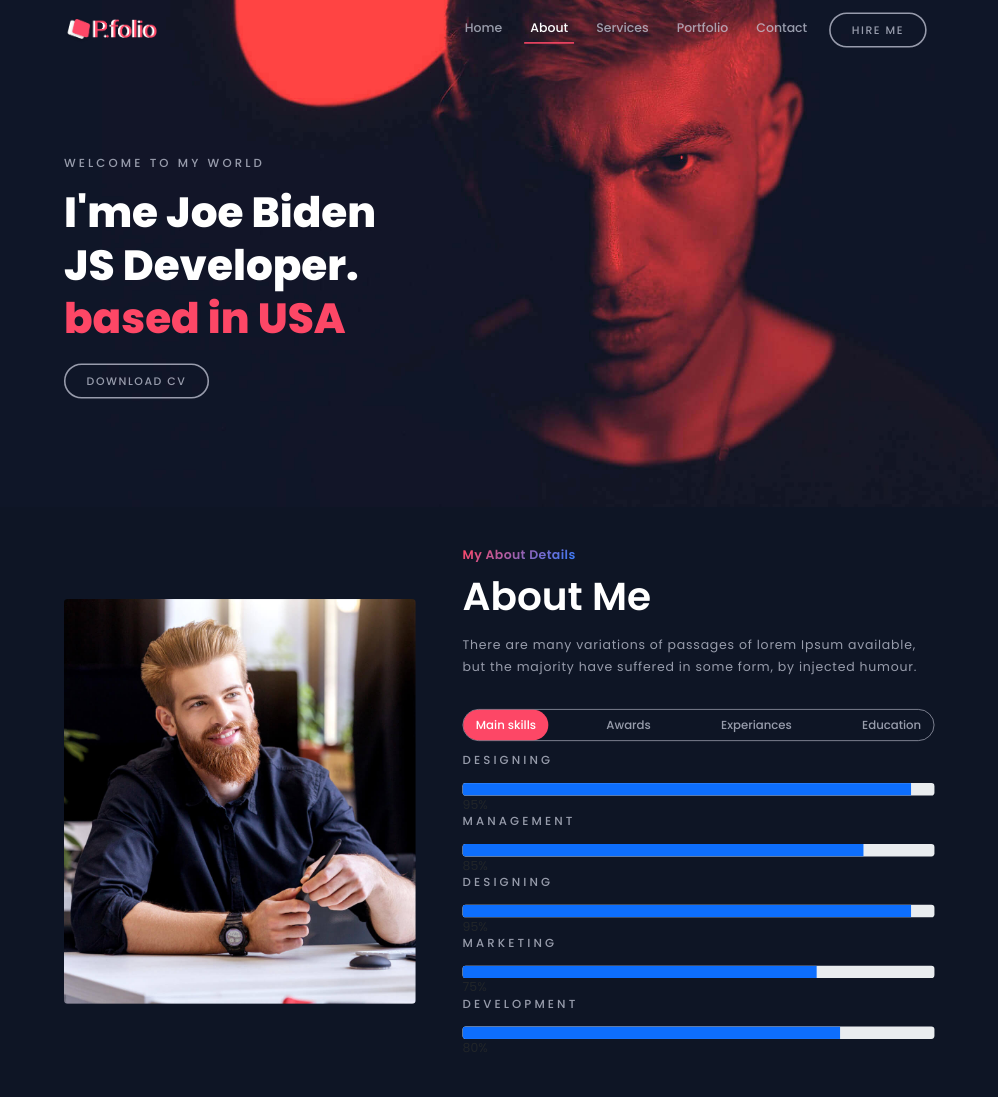
Repository: wadelfadill/Bootstrap_tache_3_responsive_portfolio
Page: index.html
An editor plug-in stored every save of this project. The page is shown before and after the next save, followed by the edit.
The browser window is 1280 px wide. The pictures show the whole page, at 78% of full size.
Backgrounds fixed to the window are drawn as part of the page. Some web libraries are served in a nearby version.

Above is the page before, as saved 2023-04-11 10:46:25.

### index.html
<!DOCTYPE html>
<html lang="en">
<head>
    <meta charset="UTF-8">
    <meta http-equiv="X-UA-Compatible" content="IE=edge">
    <meta name="viewport" content="width=device-width, initial-scale=1.0">
    <title>Bootstrap_Responsive_Portfolio</title>
    <!------ FAVICON ------->
    <link rel="icon" type="image/png" href="images/favicon.png">

    <!------------ Bootstrap link --------------->
    <link href="https://cdn.jsdelivr.net/npm/bootstrap@5.1.3/dist/css/bootstrap.min.css" rel="stylesheet" integrity="sha384-1BmE4kWBq78iYhFldvKuhfTAU6auU8tT94WrHftjDbrCEXSU1oBoqyl2QvZ6jIW3" crossorigin="anonymous">

    <!-------------- Font-awsome script  ------------->
    <script src="https://kit.fontawesome.com/8f130c8a35.js" crossorigin="anonymous"></script>

    <!------------ CSS files link  ------------->
    <link rel="stylesheet" href="css/style.css">
    <link rel="stylesheet" href="css/responsive-style.css">

    <!------------- Google-Font link ---------------->
    <link rel="stylesheet" href="https://fonts.googleapis.com/css2?family=Poppins%3Awght%40100%3B200%3B300%3B400%3B500%3B600%3B700%3B800%3B900&display=swap">
</head>
<body data-bs-spy="scroll" data-bs-target=".navbar" data-bs-offset="75">
    <!------------------------------------------------------>
        <!------------- Navbar Section ----------->
        <header class="header_wrapper">
            <nav class="navbar navbar-expand-lg fixed-top">
                <div class="container">
                  <a class="navbar-brand" href="#">
                    <img src="images/logo.png" alt="logo" class="img-fluid">
                  </a>
                  <button class="navbar-toggler" type="button" data-bs-toggle="collapse" data-bs-target="#navbarNav" aria-controls="navbarNav" aria-expanded="false" aria-label="Toggle navigation">
                    <i class="fa-solid fa-bars-staggered navbar-toggler-icon"></i>
                  </button>
                  <div class="collapse navbar-collapse justify-content-end" id="navbarNav">
                    <ul class="navbar-nav menu-navbar-nav">
                      <li class="nav-item">
                        <a class="nav-link active" aria-current="page" href="#home">Home</a>
                      </li>
                      <li class="nav-item">
                        <a class="nav-link" href="#about">About</a>
                      </li>
                      <li class="nav-item">
                        <a class="nav-link" href="#services">Services</a>
                      </li>
                      <li class="nav-item">
                        <a class="nav-link" href="#portfolio">Portfolio</a>
                      </li>
                      <li class="nav-item">
                        <a class="nav-link" href="#contact">Contact</a>
                      </li>
                      <li class="nav-item mt-3 mt-lg-0">
                        <a class="main-btn" href="#contact">Hire me</a>
                      </li>
                    </ul>
                  </div>
                </div>
              </nav>
        </header>
        <!----------- Navbar section end -------->
    <!------------------------------------------------------>
        <!----------- Banner section ------------->
        <section id="home" class="banner_wrapper">
            <div class="container">
                <div class="row">
                    <div class="col-sm-12 text-center text-md-start">
                        <h6>WELCOME TO MY WORLD</h6>
                        <h1>I'me Joe Biden <br> JS Developer. <span><br>based in USA</span></h1>
                        <div class="mt-4">
                            <a href="" class="main-btn">Download CV</a>
                        </div>
                    </div>
                </div>
            </div>
        </section>
        <!----------- Banner section end --------->
    <!------------------------------------------------------>
        <!----------- About section -------------->
        <section id="about" class="about_wrapper">
            <div class="container">
              <div class="row justify-content-between align-items-center">
                  <div class="col-lg-5 mb-lg-0">
                    <img src="images/about.jpg" alt="about-img" class="img-fluid rounded-3">
                  </div>
                  <div class="col-lg-7 ps-lg-5 text-center text-lg-start">
                    <div class="my-3 my-lg-0">
                      <span class="subtitle">My About Details</span>
                      <h2>About Me</h2>
                      <p>There are many variations of passages of lorem Ipsum available, but the majority have
                        suffered in some form, by injected humour.</p>
                    </div>
                    <div class="pt-4">
                      <ul class="nav nav-pills mb-3 justify-content-center justify-content-lg-between" id="pills-tab" role="tablist">
                        <li class="nav-item" role="presentation">
                          <button class="nav-link active" id="pills-skill-tab" data-bs-toggle="pill" data-bs-target="#pills-skill" type="button" role="tab" aria-controls="pills-skill" aria-selected="true">Main skills</button>
                        </li>
                        <li class="nav-item" role="presentation">
                          <button class="nav-link" id="pills-award-tab" data-bs-toggle="pill" data-bs-target="#pills-award" type="button" role="tab" aria-controls="pills-award" aria-selected="false">Awards</button>
                        </li>
                        <li class="nav-item" role="presentation">
                          <button class="nav-link" id="pills-experiance-tab" data-bs-toggle="pill" data-bs-target="#pills-experiance" type="button" role="tab" aria-controls="pills-experiance" aria-selected="false">Experiances</button>
                        </li>
                        <li class="nav-item" role="presentation">
                          <button class="nav-link" id="pills-education-tab" data-bs-toggle="pill" data-bs-target="#pills-education" type="button" role="tab" aria-controls="pills-education" aria-selected="false">Education</button>
                        </li>
                      </ul>
                      <div class="tab-content" id="pills-tabContent">
                        <div class="tab-pane fade show active" id="pills-skill" role="tabpanel" aria-labelledby="pills-skill-tab" tabindex="0">
                            <div class="single-progress">
                                <h6>Designing</h6>
                                <div class="progress">
                                  <div class="progress-bar" role="progressbar" aria-label="Basic example" style="width: 95%" aria-valuenow="25" aria-valuemin="0" aria-valuemax="100"></div>
                                </div>
                                <span class="lable">95%</span>
                            </div>
                            <div class="single-progress">
                              <h6>Management</h6>
                              <div class="progress">
                                <div class="progress-bar" role="progressbar" aria-label="Basic example" style="width: 85%" aria-valuenow="25" aria-valuemin="0" aria-valuemax="100"></div>
                              </div>
                              <span class="lable">85%</span>
                            </div>
                            <div class="single-progress">
                              <h6>Designing</h6>
                              <div class="progress">
                                <div class="progress-bar" role="progressbar" aria-label="Basic example" style="width: 95%" aria-valuenow="25" aria-valuemin="0" aria-valuemax="100"></div>
                              </div>
                              <span class="lable">95%</span>
                            </div>
                            <div class="single-progress">
                              <h6>Marketing</h6>
                              <div class="progress">
                                <div class="progress-bar" role="progressbar" aria-label="Basic example" style="width: 75%" aria-valuenow="25" aria-valuemin="0" aria-valuemax="100"></div>
                              </div>
                              <span class="lable">75%</span>
                            </div>
                            <div class="single-progress">
                              <h6>Development</h6>
                              <div class="progress">
                                <div class="progress-bar" role="progressbar" aria-label="Basic example" style="width: 80%" aria-valuenow="25" aria-valuemin="0" aria-valuemax="100"></div>
                              </div>
                              <span class="lable">80%</span>
                            </div>
                        </div>
                        <div class="tab-pane fade" id="pills-award" role="tabpanel" aria-labelledby="pills-award-tab" tabindex="0">
                          <ul class="text-start ps-0">
                            <li>
                              <a href="#">
                              Awards.com<span>- Winner</span></a> 2019 -2020</li>
                            <li>
                              <a href="#">
                              CSS Design Awards<span>- Winner</span></a> 2017 - 2018</li>
                            <li>
                              <a href="#">
                              Design nominees<span>- Site of the day</span></a></li>
                            <li>
                              <a href="#">
                              Awards.com<span>- Winner</span></a> 2019 - 2020</li>
                          </ul>
                        </div>
                        <div class="tab-pane fade" id="pills-experiance" role="tabpanel" aria-labelledby="pills-experiance-tab" tabindex="0">
                          <ul class="text-start ps-0">
                              <li><a href="#">Sr. Front-end Engineer <span>- Google</span></a>2018 - Current</li>
                              <li><a href="#">Front-end Engineer<span>- Microsoft</span></a> 2017 - 2018</li>
                              <li><a href="#">Software Engineer<span>- Alibaba</span></a> 2013 - 2014</li>
                              <li><a href="#">Software Engineer<span>- Alibaba</span></a> 2013 - 2014</li>
                          </ul>
                        </div>
                        <div class="tab-pane fade" id="pills-education" role="tabpanel" aria-labelledby="pills-education-tab" tabindex="0">
                          <ul class="text-start ps-0">
                            <li><a href="#">Bsc In CSE <span>- ABC University, Los Angeles, CA</span></a>2010</li>
                            <li><a href="#">Dilploma in Computer Science<span>- Gama Technical</span></a> 2009</li>
                            <li><a href="#">Graphic Designer<span>- ABC Institute, Los Angeles, CA</span></a> 2007</li>
                            <li><a href="#">Graphic Designer<span>- ABC Institute, Los Angeles, CA</span></a> 2007</li>
                        </ul>
                        </div>
                      </div>
                    </div>
                  </div>
              </div>
            </div>
        </section>
        <!----------- About section end ---------->
    <!------------------------------------------------------->
        <!----------- Services section ----------->

        <!----------- Services section end ------->
    <!------------------------------------------------------->
        <!----------- Portfolio section ---------->

        <!----------- Portfolio section end ----->
    <!------------------------------------------------------->
        <!----------- Contact section ----------->

        <!----------- Contact section end ------->
    <!------------------------------------------------------->
        <!------------ Footer section ----------->

        <!------------ Footer section end ------->
    <!------------------------------------------------------->
        <!-- JS file link -->
        <script src="js/main.js"></script>
        <!---------------- bootstrap script -------------->
        <script src="https://cdn.jsdelivr.net/npm/bootstrap@5.1.3/dist/js/bootstrap.bundle.min.js" integrity="sha384-ka7Sk0Gln4gmtz2MlQnikT1wXgYsOg+OMhuP+IlRH9sENBO0LRn5q+8nbTov4+1p" crossorigin="anonymous"></script>
</body>
</html>

### css/style.css
/* TABLE OF CONTENTS */
/* --------------------
1. General
2.Navbar
3.Banner
4.About
5.Services
6.Portfolio
7.contact
8.Footer
---------------------- */

/* 1. General */
@import url('https://fonts.googleapis.com/css2?family=Poppins%3Awght%40100%3B200%3B300%3B400%3B500%3B600%3B700%3B800%3B900&display=swap');

*{
    box-sizing: border-box;
    margin: 0;
    padding: 0;
}
:root{
    /* Background Color */
    --primary-color:#FD4766;
    --secondary-color:#0e1525;
    --bg-dark-blue:#091020;
    --bg-white:#fff;
    --gray-color:#c6c9d8bf;
    --gradient-color: linear-gradient(-224deg, var(--primary-color) 0, #337Dff 100%);
    --gradient-text: linear-gradient(120deg, #1C99FE 20.69%, #7644FF 50.19%, var(--primary-color) 79.69%);
    filter: progid:DXImageTransform.Microsoft.gradient(startColorstr='var(--primary-color)', endColorstr='var(--secondary-color)', GradientType=1);

    /* Text Color */
    --primary-font: 'Poppins', 'sans-serif';
    --primary-text: #FD4766;
    --text-gray: #c6c9d8bf;
    --text-white:#fff;

}

body{
    font-family: var(--primary-font);
    background-color: var(--secondary-color);
}
a{
    text-decoration: none;
}

/* 2. custom css */
::-webkit-scrollbar{
    width: 6px;
}
::-webkit-scrollbar-track{
    background: var(--bg-dark-blue);
}
::-webkit-scrollbar-thumb{
    background: var(--primary-color);
}
input[type=number]::-webkit-inner-spin-button,
input[type=number]::-webkit-outer-spin-button{
    -webkit-appearance: none;
    margin: 0;
}

section{
    padding: 50px 0;
}
.main-btn{
    display: inline-block;
    border-radius: 50px;
    transition: all .4s ease-in-out;
    padding: 10px 27px;
    background-color: transparent;
    border: 2px solid var(--gray-color);
    color: var(--text-gray);
    font-weight: 500;
    font-size: 14px;
    text-transform: uppercase;
    letter-spacing: 2px;
    text-decoration: none;
}
.main-btn:hover{
    background-color: var(--primary-color);
    border-color: var(--primary-color);
    color: var(--text-white);

}
h1{
    font-size: 54px;
    line-height: 68px;
    font-weight: 800;
    color: var(--text-white);
    margin-bottom: 20px;
}
h1 span{
    color: var(--primary-color);
}
h2{
    font-size: 50px;
    line-height: 1.3;
    font-weight: 600;
    color: var(--text-white);
    margin-bottom: 15px;
}
h3{
    font-size: 20px;
    font-weight: 800;
    color: var(--text-white);
    margin-bottom: 19px;
}
h6{
    font-size: 15px;
    text-transform: uppercase;
    letter-spacing: 4px;
    display: block;
    color: var(--text-gray);
    margin-bottom: 20px;
}

p{
    color: var(--text-gray);
    font-size: 16px;
    line-height: 28px;
    letter-spacing: 1px;
    font-weight: 400;
}

.subtitle{
    display: inline-block;
    font-weight: 600;
    letter-spacing: 0.5px;
    line-height: 18px;
    font-size: 16px;
    margin-bottom: 12px;
    background: var(--gradient-color);
    -webkit-background-clip: text;
    -webkit-text-fill-color: transparent;
}
input:hover,
input:focus,
textarea:hover,
textarea:focus,
button{
    outline: none !important;
    box-shadow: none !important;
}

/* 2. Navbar */
.header_wrapper .navbar{
    padding: 15px 0;
    -webkit-transition: all .2s linear;
    -o-transition: all .2s linear;
    transition: all .2s linear;

}
.header_wrapper .navbar-brand img{
    max-width: 120px;
    height: auto;
}
.header_wrapper .navbar-toggler{
    border: 0;
    color: var(--gray-color);
    line-height: 2;
}
.header_wrapper .navbar-toggler:focus{
    box-shadow: none;
}
.header_wrapper .nav-item{
    margin: 0 10px;
}
.header_wrapper .nav-item .nav-link{
    position: relative;
    font-size: 16px;
    font-weight: 500;
    color: var(--text-gray);
    display: inline-block;
}
.header_wrapper .nav-item .nav-link::after{
    position: absolute;
    content: '';
    left: 0;
    width: 0;
    height: 2px;
    background: var(--primary-color);
    transition: 0.3s;
    bottom: 0;
}
.header_wrapper .nav-item .nav-link.active::after,
.header_wrapper .nav-item .nav-link:hover::after{
    width: 100%;

}
.header_wrapper .nav-item .nav-link.active,
.header_wrapper .nav-item .nav-link:hover{
     color: var(--text-white);
}
.header-scrolled{
    position: fixed;
    top: 0;
    left: 0;
    width: 100%;
    background-color: var(--bg-dark-blue);
    -webkit-box-shadow: 0 4px 6px 0 rgba(12, 0, 46, .05);
    box-shadow: 0 4px 6px 0 rgba(12, 0, 46, .05);
}
.header-scrolled .nav-item .nav-link.active,
.header-scrolled .nav-item .nav-link:hover{
     color: var(--primary-text);
}
/* 3. Banner */
.banner_wrapper{
    width: 100%;
    height: auto;
    min-height: 650px;
    background-image: url('../images/bg-image.jpg');
    background-repeat: no-repeat;
    background-position: center center;
    background-size: cover;
    background-attachment: fixed;
    padding: 200px 0 100px 0;
}
/* 4. About */
.about_wrapper ul.nav-pills{
    border: 1px solid var(--gray-color);
    border-radius: 50px;

}
.about_wrapper ul li .nav-link{
    border-radius: 50px;
    font-size: 15px;
    font-weight: 500;
    transition: all 0.45s cubic-bezier(0,0,0.2,1);
    display: inline-block;
    color: var(--text-gray);
    border: 0;
}
.about_wrapper ul li .nav-link.active{
    background-color: var(--primary-color);
}

### css/responsive-style.css
@media (max-width:991px){

    /* Custom css */
    section{
        padding: 30px 0;
    }
    h2{
        font-size: 30px;
        line-height: 40px;
    }
    h3{
        font-size: 20px;
    }
    /* 2. Navbar */
    .header-scrolled{
        height: auto;
    }
    .header_wrapper .menu-navbar-nav{
        text-align: center;
        background-color: var(--bg-dark-blue);
        padding-bottom: 15px;
    }
    .header_wrapper .nav-item .nav-link{
        margin-top: 15px;
    }
    /* banner wrapper */
    .banner_wrapper{
        padding: 200px 0;
    }
}



@media (max-width:767px){
    /* Custom css */
    section{
        padding: 30px 0;
    }
    h1{
        font-size: 40px;
        line-height: 48px;
    }
    h2{
        font-size: 25px;

    }
    p{
        font-size: 13px;
        line-height: 24px;
    }
}

### js/main.js
//Header Scroll
let nav = document.querySelector(".navbar");
window.onscroll = function () {
    if(document.documentElement.scrollTop > 20){
        nav.classList.add("header-scrolled");
    }else{
        nav.classList.remove("header-scrolled");
    }
}

// nav hide
let navBar = document.querySelectorAll(".nav-link");
let navCollapse = document.querySelector(".navbar-collapse.collapse");
navBar.forEach(function(a){
    a.addEventListener("click", function(){
        navCollapse.classList.remove("show")
    })
})

After the next save:
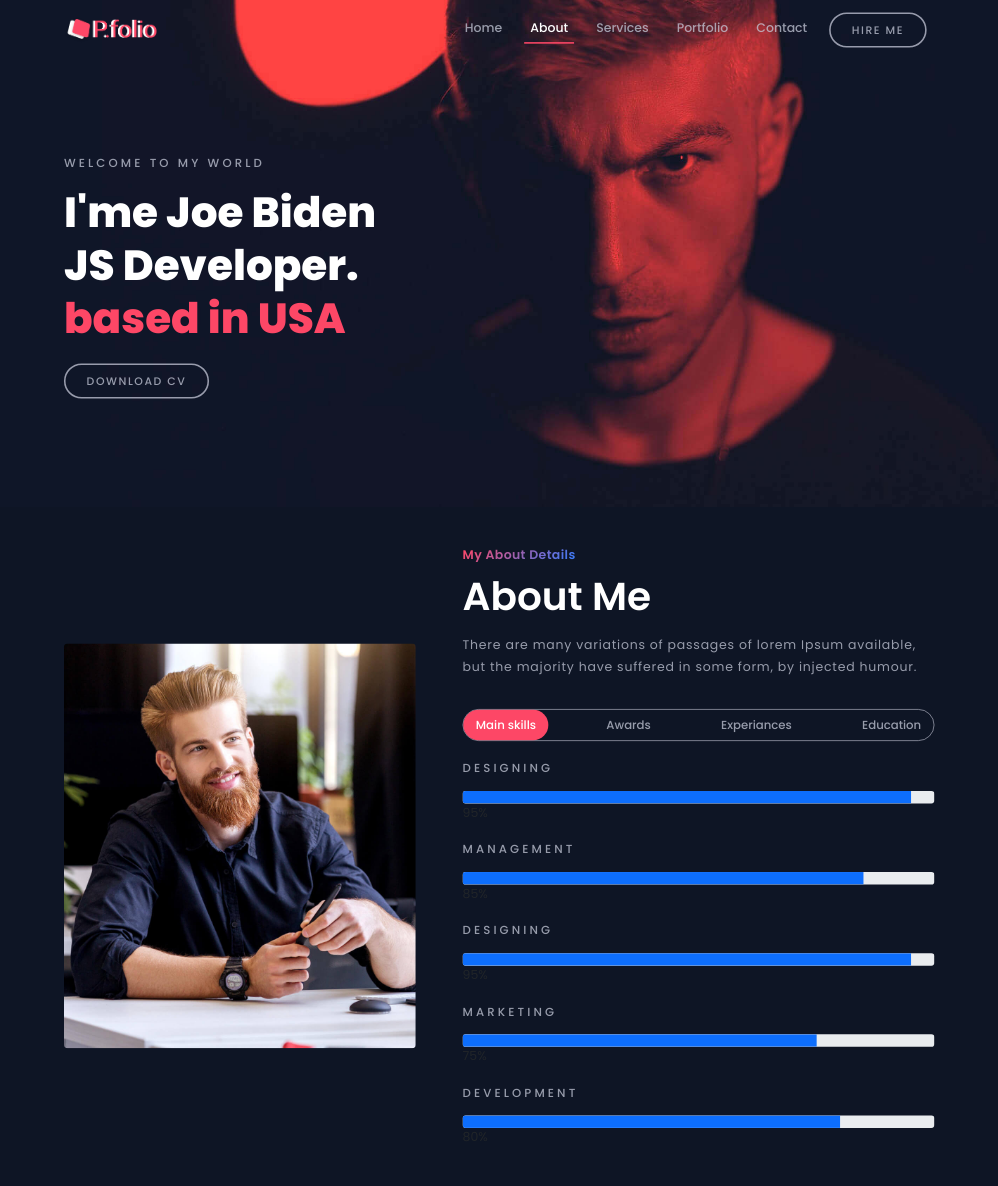
Saved 78 s later.
--- a/css/style.css
+++ b/css/style.css
@@ -236,3 +236,8 @@ button{
 .about_wrapper ul li .nav-link.active{
     background-color: var(--primary-color);
 }
+.about_wrapper .single-progress{
+    margin-top: 26px;
+    position: relative;
+    overflow: hidden;
+}
